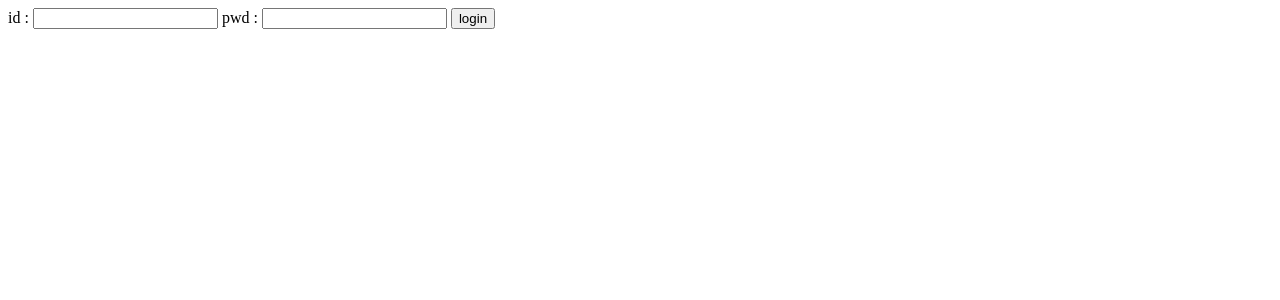
Repository: LTaeHoon/javajsp_ncs
Page: http://localhost/chap02_Directive_Object/impliciteObject/session/example2/loginForm2.jsp
An editor plug-in stored every save of this project. The page is shown before and after the next save, followed by the edit.
The browser window is 1280 px wide. The pictures show the whole page.
The page is served by Tomcat 9.

Above is the page before, as saved 2017-01-13 07:38:08.

After the next save:
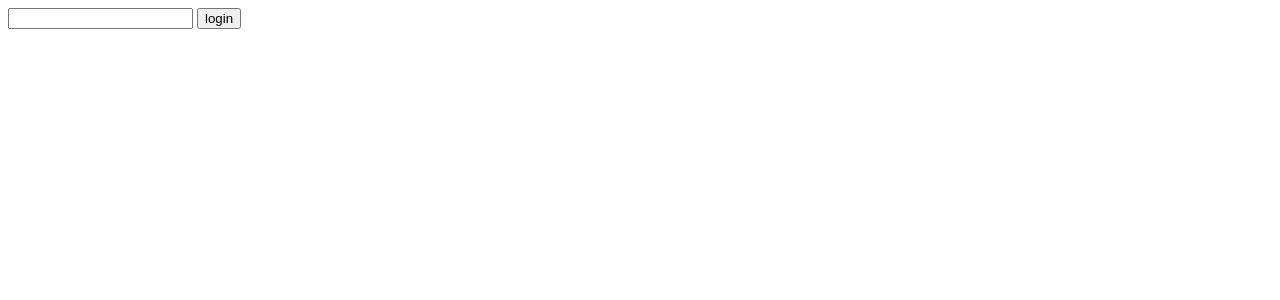
Saved 2 days later.
--- a/chap02_Directive_Object/WebContent/impliciteObject/session/example2/loginForm2.jsp
+++ b/chap02_Directive_Object/WebContent/impliciteObject/session/example2/loginForm2.jsp
@@ -7,9 +7,8 @@
 <title>로그인 화면</title>
 </head>
 <body>
-   <form method="post" action="sessionPro.jsp">
-     id : <input name="id"/>
-     pwd : <input type="password" name ="pwd"/>
+   <form method="post" action="selPro.jsp">
+     <input name="userName"/>
      <input type="submit" value="login"/>
    </form>
 </body>
